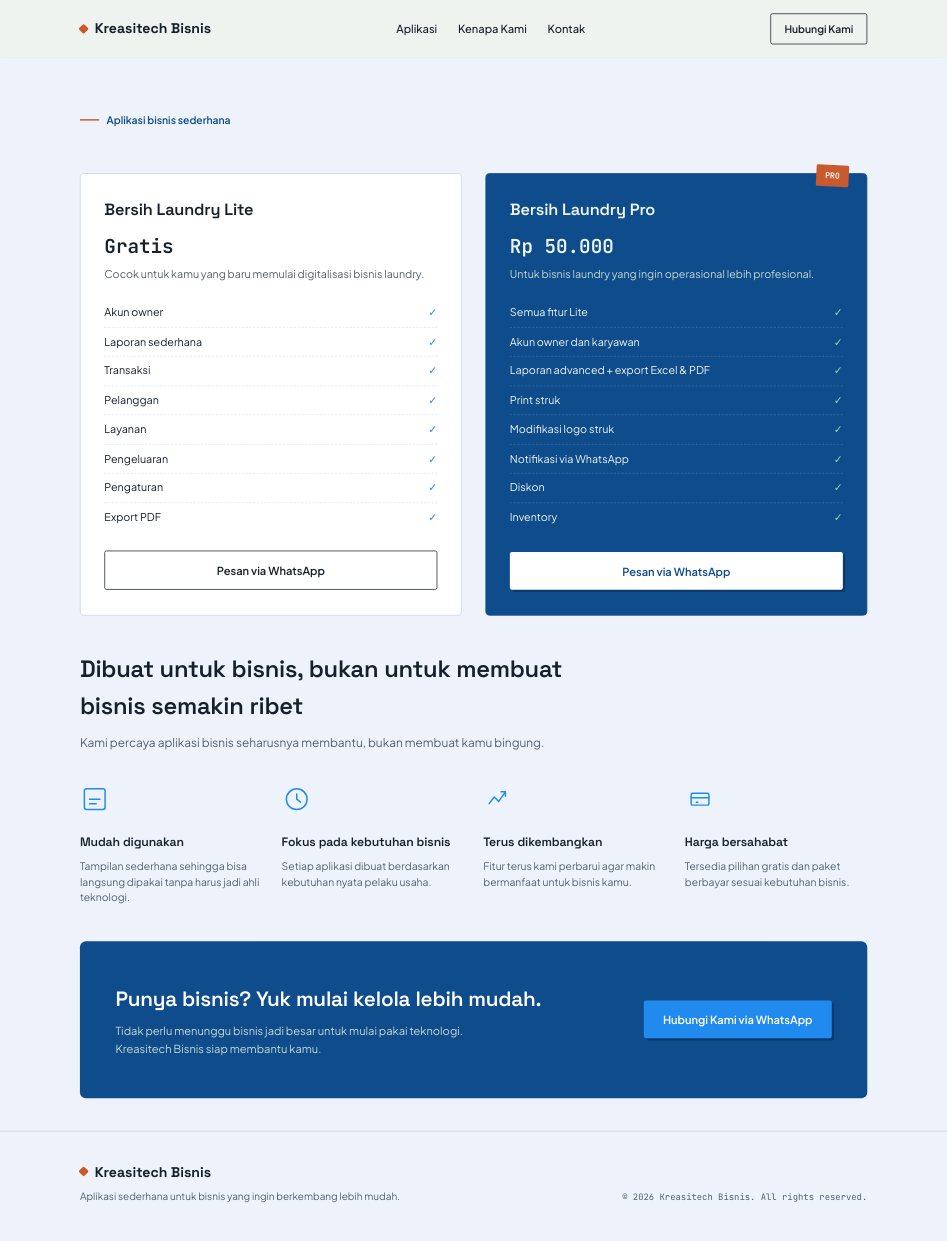
Repository: joao880hbhb/kreasitech
Page: produk/bersih-laundry.html
The author's editor kept a copy of each file at every save. The page is drawn from the files as they stood at one save, then again after the next save.
The browser window is 1280 px wide. The pictures show the whole page, at 74% of full size.

Above is the page before, as saved 2026-09-14 21:37:08.

After the next save:
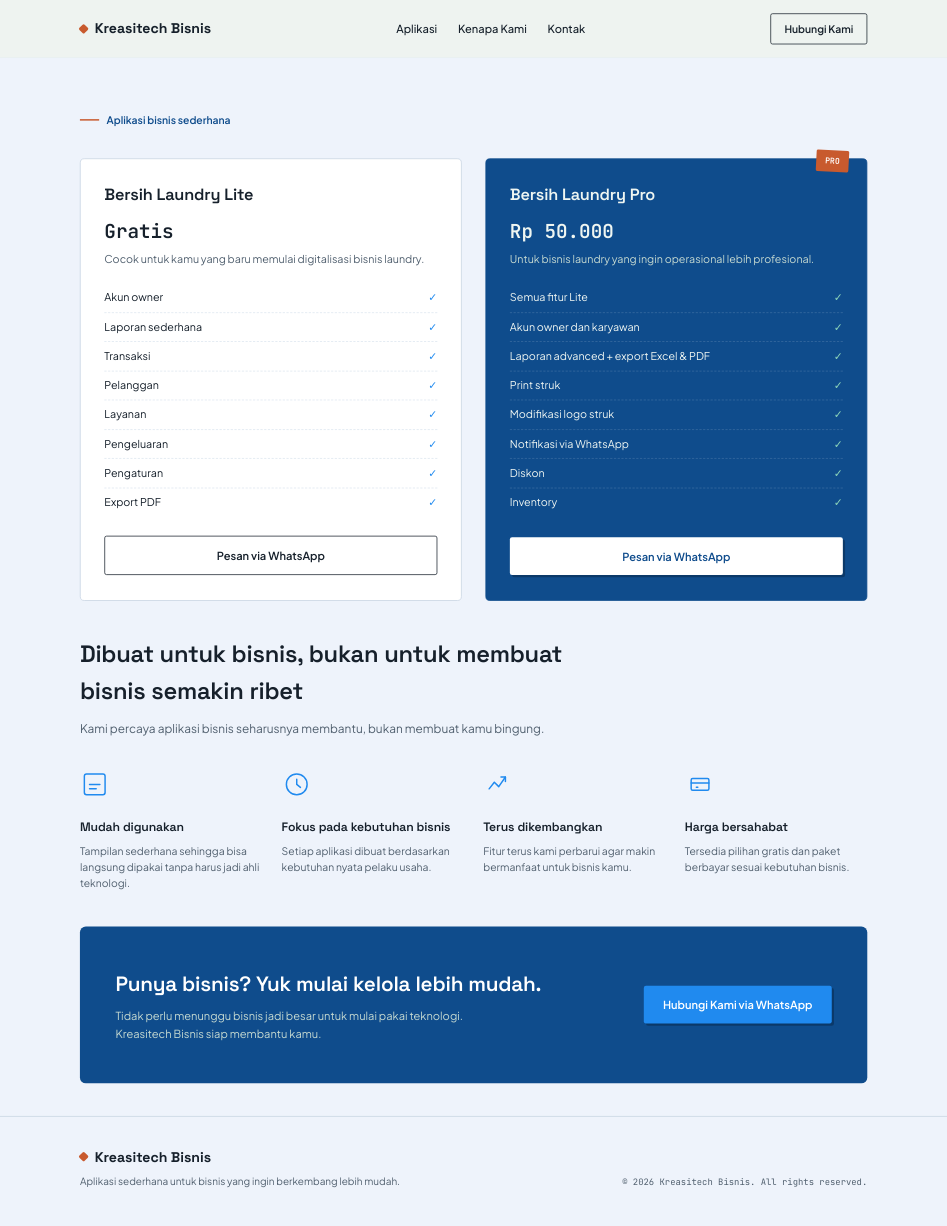
Saved 32 s later.
--- a/produk/bersih-laundry.html
+++ b/produk/bersih-laundry.html
@@ -67,7 +67,7 @@
   @media (max-width:720px){ .navlinks{display:none;} }
 
   /* HERO */
-  .hero{padding:72px 0 20px;}
+  .hero{padding:72px 0 0;}
   .hero-grid{display:grid; grid-template-columns:1.1fr 0.9fr; gap:56px; align-items:center;}
   @media (max-width:860px){ .hero-grid{grid-template-columns:1fr;} }
   .eyebrow-line{display:flex; align-items:center; gap:10px; font-size:14px; color:var(--pine-dark); font-weight:600; margin-bottom:18px;}
